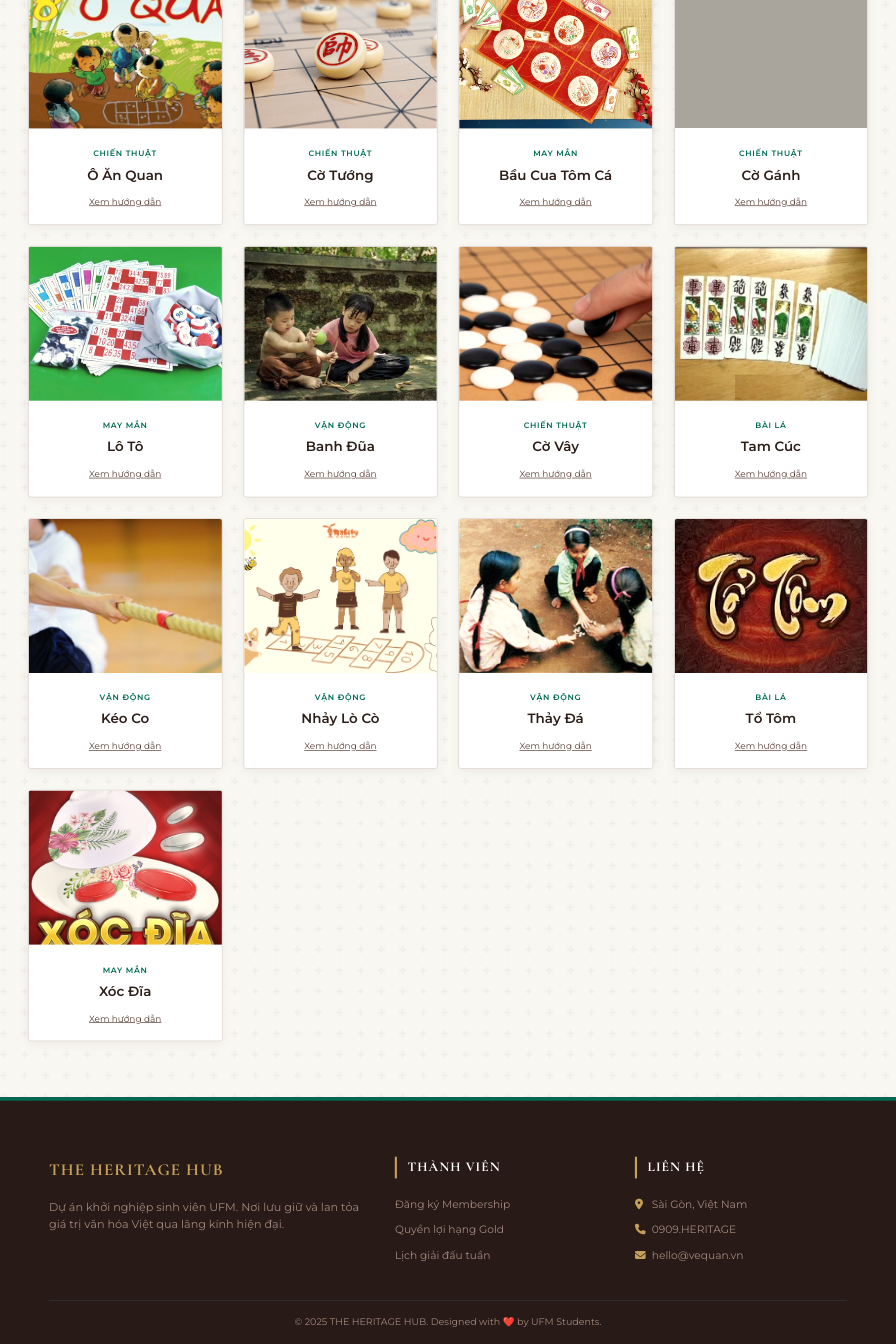
Repository: Lukas952003/Project-The-Heritage-Hub-Coffee-Marketing
Page: games.html
An editor plug-in stored every save of this project. The page is shown before and after the next save, followed by the edit.
The browser window is 1280 px wide. The pictures show the part of the page from y = 689 to 2609 px (the page is 2609 px tall), at 70% of full size.
Pictures or frames that could not be fetched are drawn as grey boxes. Backgrounds fixed to the window are drawn as part of the page.

Above is the page before, as saved 2025-12-29 11:19:27.

After the next save:
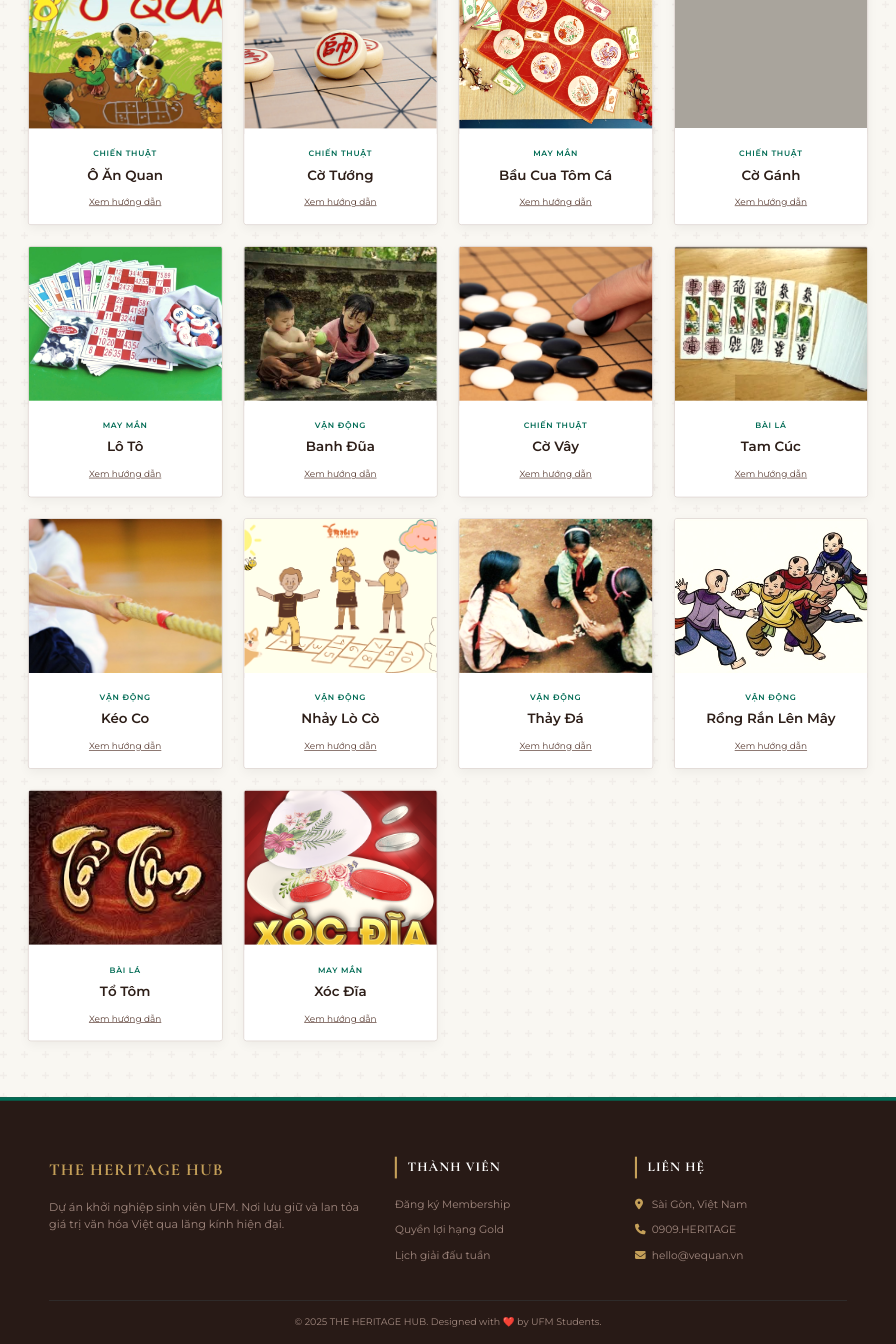
Saved 92 s later.
--- a/games.html
+++ b/games.html
@@ -710,6 +710,22 @@
           </div>
         </div>
 
+        <div
+          class="game-card"
+          data-cat="van-dong"
+          onclick="openModal(this)"
+          data-title="Rồng Rắn Lên Mây"
+          data-img="./img/game-rong-ran-len-may.jpg"
+          data-desc="Trò chơi tập thể quen thuộc với trẻ em Việt Nam. Kết hợp vận động, phản xạ và đồng dao truyền miệng."
+        >
+          <img src="./img/game-rong-ran-len-may.jpg" class="game-thumb" />
+          <div class="game-info">
+            <span class="game-tag">Vận Động</span>
+            <div class="game-title">Rồng Rắn Lên Mây</div>
+            <span class="btn-play">Xem hướng dẫn</span>
+          </div>
+        </div>
+
         <div class="game-card" data-cat="bai-la">
           <img src="./img/game-to-tom.jpg" class="game-thumb" />
           <div class="game-info">
